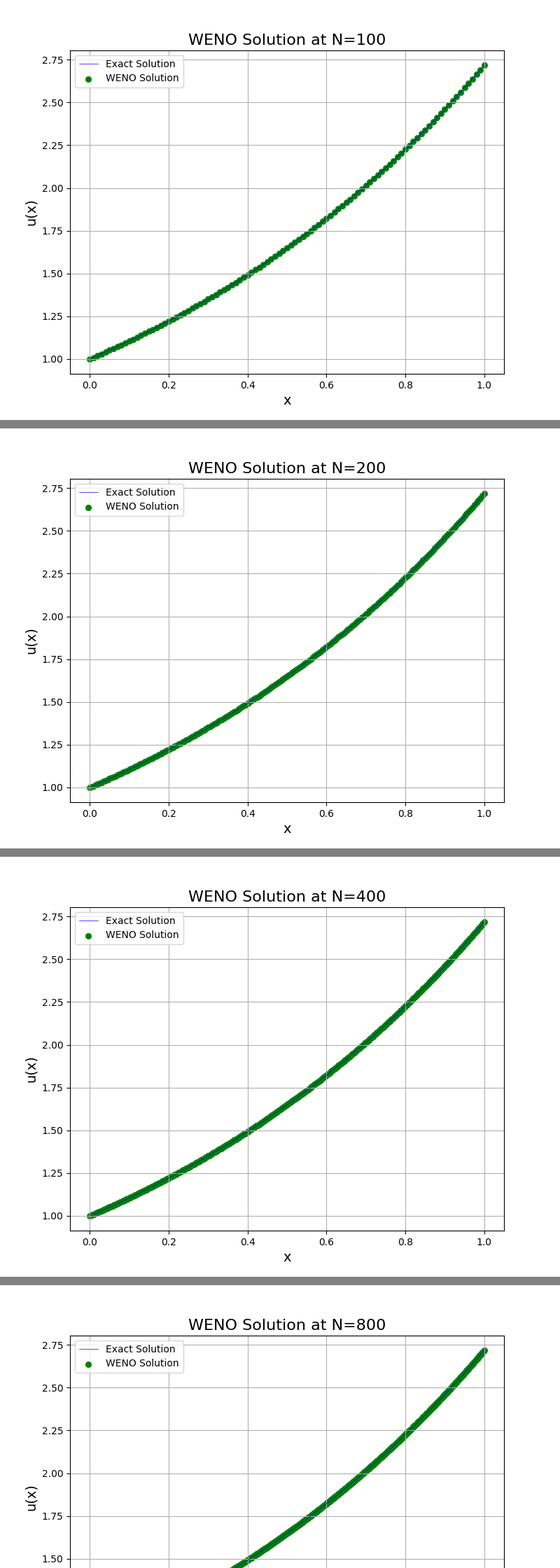
Repository: mishiroo/WENO
Script's output: python main.py
An editor plug-in stored every save of this project. The script's output is shown before and after the next save, followed by the edit.
The pictures show rows 0 to 2240 of an output 3048 px tall, at 70% of full size.
Each picture stacks the figures in order, with grey between them; figures that are only written to a file come last. Random numbers start from a fixed seed.

Above is the script's output before, as saved 2024-12-03 15:13:33.

### main.py
import WENO
import ErrorAnalysis as EA
import numpy as np
import tqdm

# 计算误差阶
# N: Num of cells
NList = [100, 200, 400, 800, 1600]
L2ErrorList = []
LinfErrorList = []
Solutions = []

for n in NList:
    print(f"num of cells = {n}...")
    mesh = WENO.Mesh(0, 1, n)
    mesh.SetTestAverageValues()
    theo_values = np.exp(mesh.mesh)
    weno = WENO.WENO1D(mesh=mesh.mesh, avg_values=mesh.avg_values)
    weno5_solution = np.zeros_like(mesh.mesh)
    for i in tqdm.tqdm(range(weno.N+1)):
        weno5_solution[i] = weno.WENOReconstruct(i)
    LinfErrorList.append(EA.LinfError(theo_values, weno5_solution))
    L2ErrorList.append(EA.L2Error(theo_values, weno5_solution))
    Solutions.append(weno5_solution)
    EA.Draw(mesh.mesh, theo_values, weno5_solution)


EA.SaveError("WENO5Error.xlsx", NList, L2ErrorList, LinfErrorList)

### WENO.py
import numpy as np
from typing import List
# 1D dimension
class WENO1D:

    def __init__(self, mesh: np.ndarray, avg_values: np.ndarray, order=5) -> None:
        """初始化WENO类

        Args:
            mesh (np.ndarray): 网格剖分[lb,...ub]
            avg_values (np.ndarray): 网格剖分[lb,...ub]
            order (int, optional): WENO算法阶数. Defaults to 5.
        """
        assert np.size(mesh) - 1 == np.size(
            avg_values
        ), "len(mesh) == len(avg_values) + 1"
        self.avg_values = avg_values
        self.mesh = mesh

        self.order = order
        self.lb = mesh[0]
        self.ub = mesh[-1]
        self.N = len(mesh) - 1  # Num of cells
        self.k = int((order + 1) / 2)  # Num of stencils
        # 查表得到模板组合线性权
        if order == 1:
            self.weights_d = [1]
        elif order == 3:
            self.weights_d = [2 / 3, 1 / 3]
        elif order == 5:
            self.weights_d = [1 / 10, 3 / 5, 3 / 10]
            # 查表得到模板组合系数
            self.C = np.array(
                [
                    [1 / 3, -7 / 6, 11 / 6],
                    [-1 / 6, 5 / 6, 1 / 3],
                    [1 / 3, 5 / 6, -1 / 6],
                    [11 / 6, -7 / 6, 1 / 3],
                ]
            )
        else:
            raise ValueError("order must be 1, 2 or 3")  # 其他阶的系数论文没给，先不写

    def StencilReconstruct(self, index: int) -> List[float]:
        """根据模板进行重构 精度为k阶

        Args:
            index (int): 计算节点的位置索引

        Returns:
            List[float]: 不同模板上的重构结果
        """
        stencil_index = index - 1
        stencil_recons = np.zeros(self.k)  # 存储不同模板重构结果的值
        if stencil_index - self.k + 1 >= 0 and stencil_index + self.k - 1 <= self.N - 1:
            for i in range(self.k):
                stencil_recons[i] = np.inner(
                    self.C[i],
                    self.avg_values[
                        stencil_index - self.k + 1 + i : stencil_index + i + 1
                    ],
                )

        elif stencil_index - self.k + 1 < 0:
            for i in range(self.k):
                stencil_recons[i] = np.inner(
                    self.C[-1],
                    self.avg_values[stencil_index+1 : stencil_index + self.k+1],
                )

        elif stencil_index + self.k - 1 > self.N - 1:
            for i in range(self.k):
                stencil_recons[i] = np.inner(
                    self.C[0],
                    self.avg_values[stencil_index - self.k + 1 : stencil_index + 1],
                )
        return stencil_recons


    def SmoothIndicators(self, index: int) -> np.ndarray:
        """计算指示器

        Args:
            index (int): 索引

        Returns:
            np.ndarray: 平滑指示函数
        """
        assert self.k == 2 or self.k == 3, "SmoothIndicators only support k=3 NOW!"
        # 处理非法值
        if index < self.k - 1 or index > self.N - self.k:
            return self.weights_d
        else:
            if self.k == 2:
                beta0 = self.avg_values[index + 1] - self.avg_values[index]
                beta1 = self.avg_values[index] - self.avg_values[index - 1]
                return [beta0, beta1]
            elif self.k == 3:
                beta0 = (
                    13
                    / 12
                    * (
                        self.avg_values[index + 1]
                        - 2 * self.avg_values[index + 1]
                        + self.avg_values[index + 2]
                    )
                    ** 2
                )
                +1 / 4 * (
                    3 * self.avg_values[index]
                    - 4 * self.avg_values[index + 2]
                    + self.avg_values[index + 2]
                ) ** 2
                beta1 = (
                    13
                    / 12
                    * (
                        self.avg_values[index - 1]
                        - 2 * self.avg_values[index]
                        + self.avg_values[index + 1]
                    )
                    ** 2
                )
                +1 / 4 * (self.avg_values[index - 1] - self.avg_values[index + 1]) ** 2
                beta2 = (
                    13
                    / 12
                    * (
                        self.avg_values[index - 2]
                        - 2 * self.avg_values[index - 1]
                        + self.avg_values[index]
                    )
                    ** 2
                )
                +1 / 4 * (
                    3 * self.avg_values[index]
                    - 4 * self.avg_values[index - 1]
                    + self.avg_values[index - 2]
                ) ** 2
            return [beta0, beta1, beta2]

    def FormWeights(self, index: int, eps=1e-6) -> np.ndarray:
        """计算归一化权重

        Args:
            index (int): 索引

        Returns:
            np.ndarray: 权重
        """
        alpha = np.zeros(self.k)
        beta = self.SmoothIndicators(index)
        for i in range(self.k):
            alpha[i] = self.weights_d[i] / (eps + beta[i]) ** 2
        return alpha / np.sum(alpha)

    def WENOReconstruct(self, index: int, eps=1e-6) -> float:
        """WENO加权后的重构 精度为2k-1阶

        Args:
            index (int): 索引
            eps (_type_, optional): eps参数. Defaults to 1e-6.

        Returns:
            float: 插值结果
        """
        weights = self.FormWeights(index, eps=eps)
        return np.inner(self.weights_d, self.StencilReconstruct(index))


class Mesh:
    def __init__(self, lb: float, ub: float, N: int) -> None:
        """初始化网格

        Args:
            lb (float): 左边界
            ub (float): 右边界
            N (int): cells数量
        """
        self.lb = lb
        self.ub = ub
        self.N = N
        self.mesh = np.linspace(lb, ub, N + 1)
        self.avg_values = np.zeros(N)  # Initialize avg_values

    def BindAverageValues(self, avg_values: List[float]) -> None:
        """绑定平均值

        Args:
            avg_values (List[float]): 平均值
        """
        assert len(avg_values) == self.N, "avg_values length must be N"
        self.avg_values = avg_values

    def SetTestAverageValues(self):
        """测试用例
        func = e^x
        设置精确的单元格积分均值
        """
        for i in range(self.N):
            integrate = np.exp(self.mesh[i + 1]) - np.exp(self.mesh[i])
            self.avg_values[i] = integrate / (self.mesh[i + 1] - self.mesh[i])

### ErrorAnalysis.py
# 分析计算结果的收敛阶 绘制计算效果图
import numpy as np
import pandas as pd
from typing import List
from matplotlib import pyplot as plt


def AccuracyOrder(N1: int, N2: int, Error1: int, Error2: int) -> float:
    """给定两组剖分和计算结果，计算收敛阶

    Args:
        N1 (int): 第一次剖分的网格数
        N2 (int): 第二次剖分的网格数
        Error1 (int): 第一次剖分的误差
        Error2 (int): 第二次剖分的误差

    Returns:
        float: 收敛阶
    """
    return np.log(Error1 / Error2) / np.log(N2 / N1)


def AccuracyOrders(NList: List[int], ErrorList: List[float]) -> np.ndarray:
    """对两组及以上剖分结果进行收敛阶分析 返回长度为len(NList)第一个元素为None的收敛阶数组

    Args:
        NList (List[int]): 网格剖分参数列表
        ErrorList (List[float]): 误差结果列表

    Returns:
        np.ndarray: 收敛阶列表
    """
    assert len(NList) == len(
        ErrorList
    ), f"length of NList and ErrorList must be equal, but {len(NList)} and {len(ErrorList)} are given"
    orderList = np.zeros(len(NList))
    orderList[0] = None
    for i in range(1, len(NList)):
        orderList[i] = AccuracyOrder(
            NList[i], NList[i - 1], ErrorList[i], ErrorList[i - 1]
        )
    return orderList


def SaveError(
    fn: str, NList: List[int], L2ErrorList: List[float], LinfErrorList: List[float]
) -> None:
    """保存误差结果

    Args:
        fn (str): 保存文件名
        NList (List[int]): 网格剖分参数列表
        ErrorList (List[float]): 误差结果列表
    """
    ac_orders_l2 = AccuracyOrders(NList, L2ErrorList)
    ac_orders_linf = AccuracyOrders(NList, LinfErrorList)
    # 保存计算结果
    data = {
        "N": NList,
        "L2Error": L2ErrorList,
        "L2Order": ac_orders_l2,
        "LInfError": LinfErrorList,
        "LInfOrder": ac_orders_linf,
    }
    df = pd.DataFrame(data)
    df.to_excel(fn, index=False)


def L2Error(analytical: List[float], numerical: List[float]) -> float:
    """计算L2误差

    Args:
        analytical (List[float]): 解析解
        numerical (List[float]): 数值解

    Returns:
        float: L2误差
    """
    return np.sqrt(np.sum([(a - n) ** 2 for a, n in zip(analytical, numerical)]))


def LinfError(analytical: List[float], numerical: List[float]) -> float:
    """计算Linf误差

    Args:
        analytical (List[float]): 解析解
        numerical (List[float]): 数值解

    Returns:
        float: Linf误差
    """
    return max([abs(a - n) for a, n in zip(analytical, numerical)])


def Draw(
    mesh: np.ndarray,
    theo_values: np.ndarray,
    weno_values: np.ndarray,
    show=False,
    fn: str = None,
):
    """只绘制剖分为N的精确值与数值解对比图

    Args:
        mesh (np.ndarray): 剖分网格
        theo_values (np.ndarray): 理论值
        weno_values (np.ndarray): WENO求解结果
        show(Bool, optional): 是否显示图形. Defaults to False.
        fn (str, optional): 保存文件名. Defaults to None.
    """
    N = mesh.size - 1
    # 创建图形
    plt.figure(figsize=(8, 6))

    # 绘制理论值
    plt.plot(
        mesh, theo_values, label="Exact Solution", color="b", linestyle="-", linewidth=0.5
    )

    # 绘制WENO数值解
    plt.scatter(
        mesh, weno_values, label="WENO Solution", color="green", marker="o", linewidth=0.5
    )

    # 设置标题和标签

    plt.title(f"WENO Solution at N={N}", fontsize=16)
    plt.xlabel("x", fontsize=14)
    plt.ylabel("u(x)", fontsize=14)

    # 显示图例
    plt.legend()

    # 显示网格
    plt.grid(True)
    if fn is not None:
        plt.savefig(f"figures/{fn}.png")
    else:
        plt.savefig(f"figures/WENO5-N={N}.png")
    # 展示图形
    if show:
        plt.show()

After the next save:
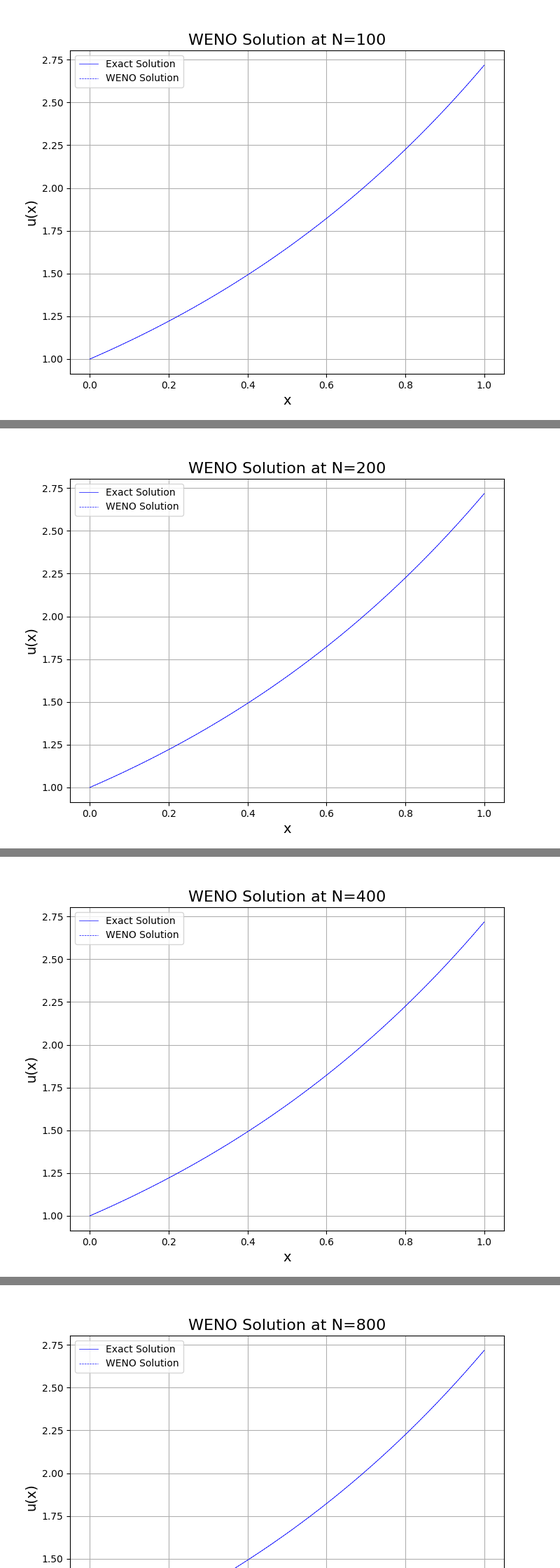
Saved 66 s later.
--- a/ErrorAnalysis.py
+++ b/ErrorAnalysis.py
@@ -114,14 +114,22 @@ def Draw(
 
     # 绘制理论值
     plt.plot(
-        mesh, theo_values, label="Exact Solution", color="b", linestyle="-", linewidth=0.5
+        mesh,
+        theo_values,
+        label="Exact Solution",
+        color="blue",
+        linestyle="-",
+        linewidth=0.5,
     )
-
     # 绘制WENO数值解
-    plt.scatter(
-        mesh, weno_values, label="WENO Solution", color="green", marker="o", linewidth=0.5
+    plt.plot(
+        mesh,
+        weno_values,
+        label="WENO Solution",
+        color="b",
+        linestyle="--",
+        linewidth=0.5,
     )
-
     # 设置标题和标签
 
     plt.title(f"WENO Solution at N={N}", fontsize=16)
